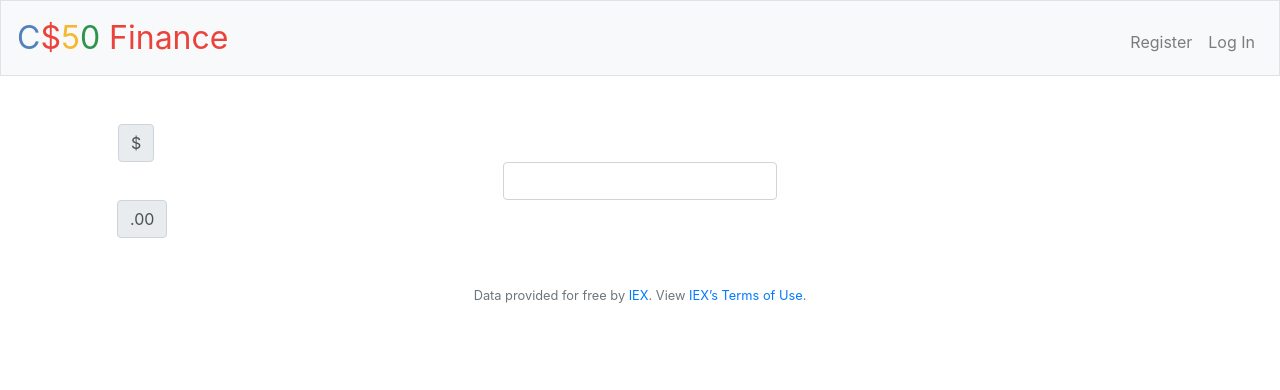
Repository: Ashu-r/finance_cs50
Page: pset8/finance/templates/cash.html
The author's editor kept a record of every edit. The page is drawn from the files as they stood at one moment, then again after the next edit.
The browser window is 1280 px wide. The pictures show the whole page.
The template is drawn by Flask 3. The application's start-up code is not run. Other server files are loaded and not shown. The template is opened directly, without the code that normally fills it, so the values that code supplies are empty.

Above is the page before.

### pset8/finance/templates/cash.html
{% extends "layout.html" %}

{% block title %}
    Buy
{% endblock %}

{% block main %}
    <form action="/buy" method="post">
          <div class="input-group-prepend">
            <span class="input-group-text">$</span>
          </div>
          <input type="number" class="form-control" aria-label="Amount (to the nearest dollar)">
          <div class="input-group-append">
            <span class="input-group-text">.00</span>
          </div>
        </div>

    </form>
{% endblock %}

### pset8/finance/templates/layout.html
<!DOCTYPE html>

<html lang="en">

    <head>

        <!-- Required meta tags -->
        <meta charset="utf-8">
        <meta name="viewport" content="width=device-width, initial-scale=1, shrink-to-fit=no">

        <!-- documentation at http://getbootstrap.com/docs/4.1/, alternative themes at https://bootswatch.com/ -->
        <link href="https://maxcdn.bootstrapcdn.com/bootstrap/4.1.3/css/bootstrap.min.css" rel="stylesheet">

        <!-- https://favicon.io/emoji-favicons/money-mouth-face/ -->
        <link href="/static/favicon.ico" rel="icon">

        <link href="/static/styles.css" rel="stylesheet">

        <script src="https://code.jquery.com/jquery-3.3.1.min.js"></script>
        <script src="https://cdnjs.cloudflare.com/ajax/libs/popper.js/1.14.3/umd/popper.min.js"></script>
        <script src="https://maxcdn.bootstrapcdn.com/bootstrap/4.1.3/js/bootstrap.min.js"></script>

        <title>C$50 Finance: {% block title %}{% endblock %}</title>

    </head>

    <body>

        <nav class="navbar navbar-expand-md navbar-light bg-light border">
            <a class="navbar-brand" href="/"><span class="blue">C</span><span class="red">$</span><span class="yellow">5</span><span class="green">0</span> <span class="red">Finance</span></a>
            <button aria-controls="navbar" aria-expanded="false" aria-label="Toggle navigation" class="navbar-toggler" data-target="#navbar" data-toggle="collapse" type="button">
                <span class="navbar-toggler-icon"></span>
            </button>
            <div class="collapse navbar-collapse" id="navbar">
                {% if session.user_id %}
                    <ul class="navbar-nav mr-auto mt-2">
                        <li class="nav-item"><a class="nav-link" href="/quote">Quote</a></li>
                        <li class="nav-item"><a class="nav-link" href="/buy">Buy</a></li>
                        <li class="nav-item"><a class="nav-link" href="/sell">Sell</a></li>
                        <li class="nav-item"><a class="nav-link" href="/history">History</a></li>
                        <li class="nav-item"><a class="nav-link" href="/cash">Add cash</a></li>
                    </ul>
                    <ul class="navbar-nav ml-auto mt-2">
                        <li class="nav-item"><a class="nav-link" href="/logout">Log Out</a></li>
                    </ul>
                {% else %}
                    <ul class="navbar-nav ml-auto mt-2">
                        <li class="nav-item"><a class="nav-link" href="/register">Register</a></li>
                        <li class="nav-item"><a class="nav-link" href="/login">Log In</a></li>
                    </ul>
                {% endif %}
            </div>
        </nav>

        {% if get_flashed_messages() %}
            <header>
                <div class="alert alert-primary border text-center" role="alert">
                    {{ get_flashed_messages() | join(" ") }}
                </div>
            </header>
        {% endif %}

        <main class="container p-5">
            {% block main %}{% endblock %}
        </main>

        <footer class="small text-center text-muted">
            Data provided for free by <a href="https://iextrading.com/developer">IEX</a>. View <a href="https://iextrading.com/api-exhibit-a/">IEX’s Terms of Use</a>.
        </footer>

    </body>

</html>

Loaded but not shown: pset8/finance/static/styles.css (common file)

After the next edit:
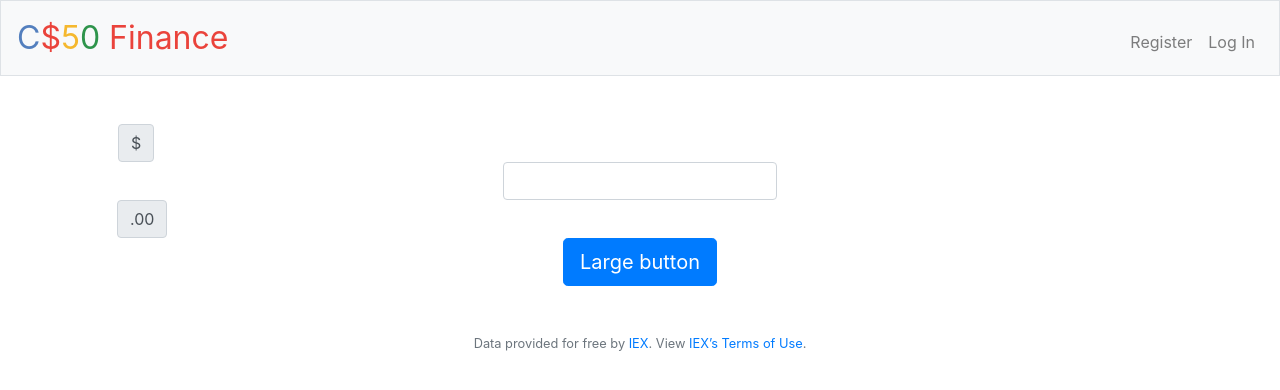
The edit:
--- a/pset8/finance/templates/cash.html
+++ b/pset8/finance/templates/cash.html
@@ -13,7 +13,6 @@
           <div class="input-group-append">
             <span class="input-group-text">.00</span>
           </div>
-        </div>
-
+          <button type="submit" class="btn btn-primary btn-lg">Large button</button>
     </form>
 {% endblock %}
